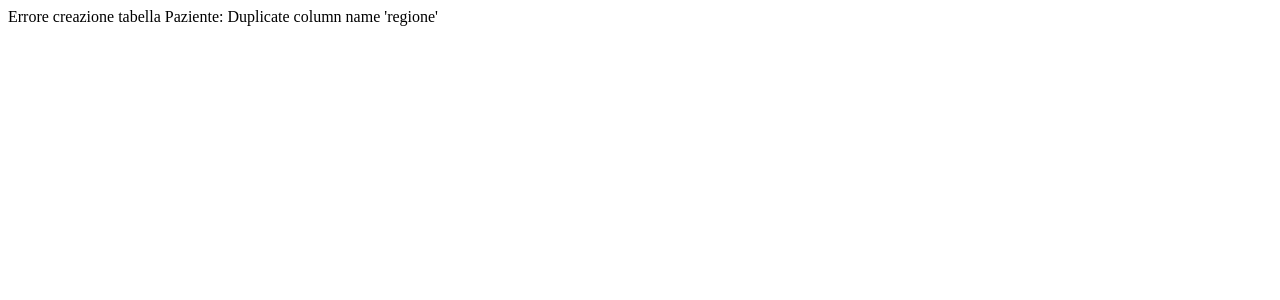
Repository: EmanueleCoradin/IoTMonitoring-CV-19-Patients
Page: http://localhost/init.php
The author's editor kept a copy of each file at every save. The page is drawn from the files as they stood at one save, then again after the next save.
The browser window is 1280 px wide. The pictures show the whole page.
The page is run by PHP 8.4 with error messages shown; the project is at /var/www/html/.

Above is the page before, as saved 2020-05-11 16:41:06.

After the next save:
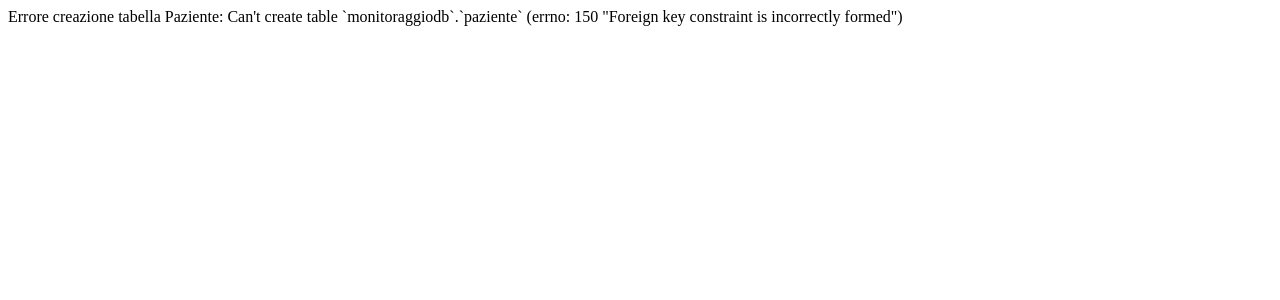
Saved 18 s later.
--- a/allegati/sitoPHP/php/init.php
+++ b/allegati/sitoPHP/php/init.php
@@ -50,7 +50,6 @@ $sql="
         dataTrasferimento date,
         email varchar(32) not null,
         password varchar(32) not null,
-        regione varchar(32) not null,
         CFmedico varchar(32) not null,
         IDstruttura int,
         PRIMARY KEY (CF),
